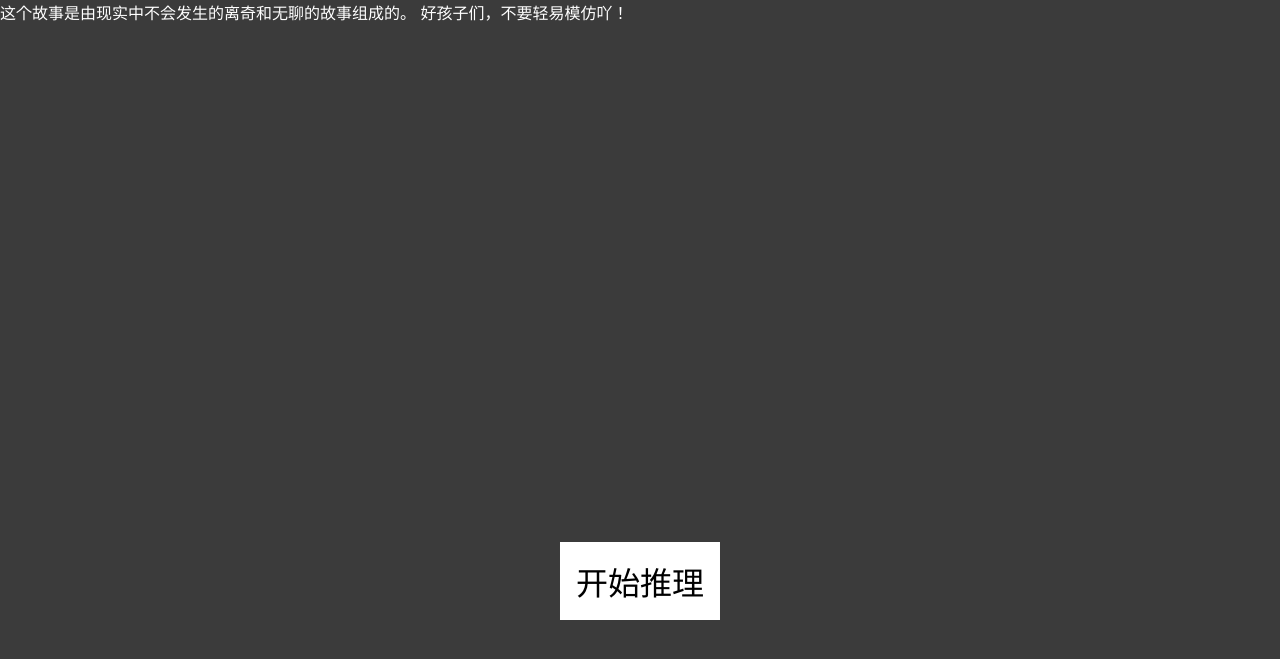
Repository: Jofali/reasoning-genius
Page: /
The author's editor kept a copy of each file at every save. The page is drawn from the files as they stood at one save, then again after the next save.
The browser window is 1280 px wide. The pictures show the whole page.
The project was rebuilt for these pictures with package versions that can differ from the ones it lists, and the page was loaded fresh each time. Also part of the build but not shown: src/part1/part1.css, src/part1/part1.js, src/part2/part2.css, src/part2/part2.js, src/title/title.css, src/title/title.js, src/inventory/inventory.css, src/inventory/inventory.js and 2 more.

Above is the page before, as saved 2019-05-22 17:35:20.

After the next save:
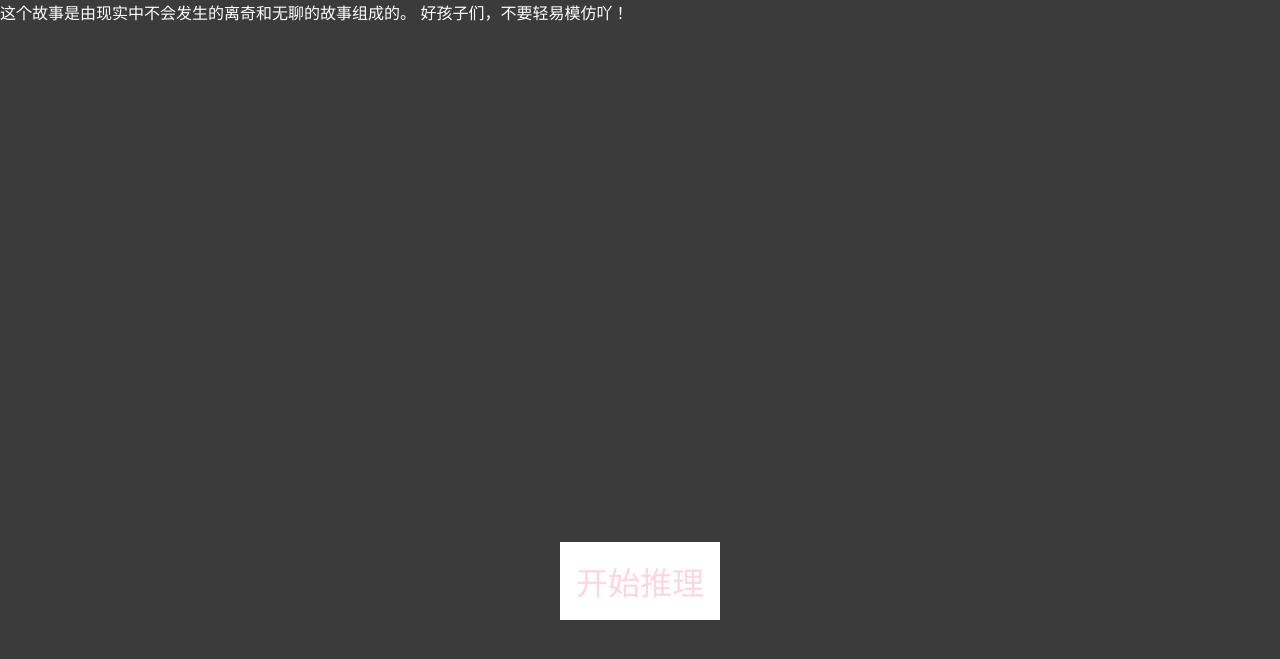
Saved 16 s later.
--- a/src/App.css
+++ b/src/App.css
@@ -18,4 +18,5 @@
   padding: 1rem;
   font-size: 2rem;
   transform: translateX(-50%);
+  color: rgb(253,214,222);
 }
